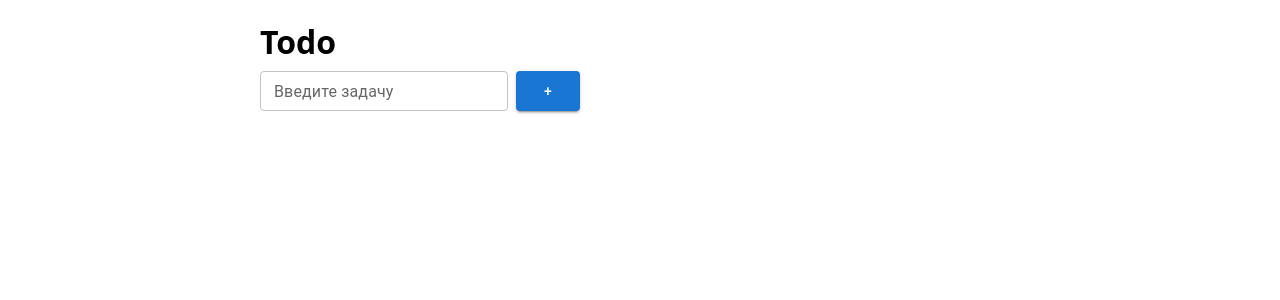
Repository: Burnmyheart/todo-app
Page: /
The author's editor kept a copy of each file at every save. The page is drawn from the files as they stood at one save, then again after a run of saves.
The browser window is 1280 px wide. The pictures show the whole page.
The project was rebuilt for these pictures with package versions that can differ from the ones it lists, and the page was loaded fresh each time. Also part of the build but not shown: vite.config.ts, src/components/TodoItem/TodoItem.tsx, src/components/TodoList/TodoList.tsx.

Above is the page before, as saved 2025-09-20 02:09:15.

### src/index.css
/* Сброс браузерных стилей */
* {
  margin: 0;
  padding: 0;
  box-sizing: border-box;
}

html, body, #root {
  width: 100%;
  height: 100%;
  font-family: system-ui, -apple-system, BlinkMacSystemFont, "Segoe UI", Roboto, Helvetica, Arial, sans-serif;
  background-color: #fff;
  color: #000;
}


a {
  color: inherit;
  text-decoration: none;
}


button {
  font-family: inherit;
  font-size: 1rem;
  cursor: pointer;
  border: none;
  background: none;
}


h1, h2, h3, h4, h5, h6 {
  font-weight: 600;
}

### src/App.tsx
import React, { useState, useEffect } from "react";
import AddTodo from "./components/AddTodo/AddTodo";
import TodoList from "./components/TodoList/TodoList";
import { saveGroups, loadGroups } from "./utils/localStorage";
import type { TodoGroup } from "./types";

const App: React.FC = () => {
  const [groups, setGroups] = useState<TodoGroup[]>([]);

  useEffect(() => {
    setGroups(loadGroups());
  }, []);

  useEffect(() => {
    saveGroups(groups);
  }, [groups]);

  const addGroup = (title: string) => {
    const newGroup: TodoGroup = {
      id: Date.now(),
      title,
      tasks: [],
      createdAt: new Date(),
    };
    setGroups((prev) => [...prev, newGroup]);
  };

  const updateGroup = (updated: TodoGroup) => {
    setGroups((prev) =>
      prev.map((group) => (group.id === updated.id ? updated : group))
    );
  };

  return (
    <div style={{ padding: "20px", maxWidth: "800px", margin: "0 auto" }}>
      <h1>Todo</h1>
      <AddTodo onAdd={addGroup} />
      {groups.map((group) => (
        <TodoList key={group.id} group={group} onUpdateGroup={updateGroup} />
      ))}
    </div>
  );
};

export default App;

### src/components/AddTodo/AddTodo.tsx
import React, { useState } from "react";
import { TextField, Button, Stack } from "@mui/material";

interface AddTodoProps {
  onAdd: (text: string) => void;
  placeholder?: string;
}

const AddTodo: React.FC<AddTodoProps> = ({ onAdd, placeholder }) => {
  const [value, setValue] = useState("");
  const [error, setError] = useState(false);

  const handleAdd = () => {
    if (!value.trim()) {
      setError(true);
      return;
    }
    onAdd(value);
    setValue("");
    setError(false);
  };

  return (
    <Stack direction="row" spacing={1} sx={{ mt: 1, mb: 1 }}>
      <TextField
        value={value}
        onChange={(e) => {
          setValue(e.target.value);
          setError(false);
        }}
        size="small"
        label={placeholder || "Введите задачу"}
        error={error}
        helperText={error ? "Поле не может быть пустым" : ""}
      />
      <Button variant="contained" onClick={handleAdd}>
        +
      </Button>
    </Stack>
  );
};

export default AddTodo;

### src/utils/localStorage.tsx
import type { TodoGroup } from "../types";

const GROUPS_KEY = "todoGroups";

export const saveGroups = (groups: TodoGroup[]) => {
  localStorage.setItem(GROUPS_KEY, JSON.stringify(groups));
};

export const loadGroups = (): TodoGroup[] => {
  const data = localStorage.getItem(GROUPS_KEY);
  return data ? JSON.parse(data) : [];
};

Loaded but not shown: index.html (common file); src/main.tsx (common file)

After the next 4 saves:
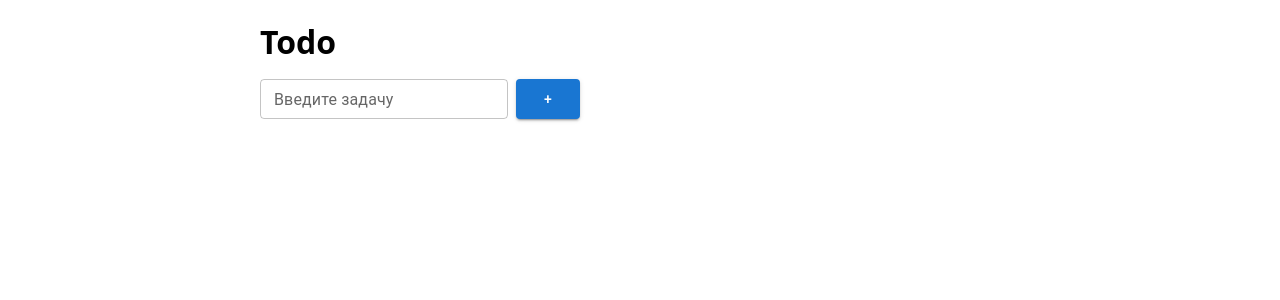
The 4 saves are shown as one change because they came seconds apart.
The last was saved 51 s later.
--- a/src/components/AddTodo/AddTodo.tsx
+++ b/src/components/AddTodo/AddTodo.tsx
@@ -21,7 +21,7 @@
   };
 
   return (
-    <Stack direction="row" spacing={1} sx={{ mt: 1, mb: 1 }}>
+    <Stack direction="row" spacing={1} sx={{ mt: 2, mb: 2 }}>
       <TextField
         value={value}
         onChange={(e) => {

After the save that followed:
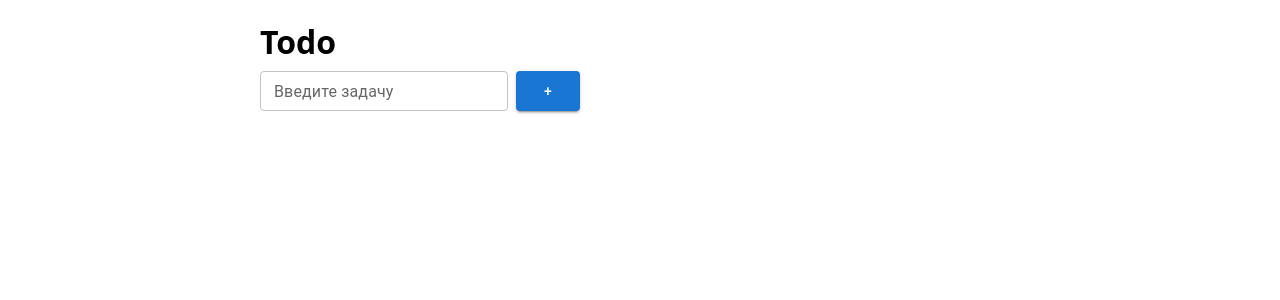
Saved 11 s later.
--- a/src/components/AddTodo/AddTodo.tsx
+++ b/src/components/AddTodo/AddTodo.tsx
@@ -21,7 +21,7 @@
   };
 
   return (
-    <Stack direction="row" spacing={1} sx={{ mt: 2, mb: 2 }}>
+    <Stack direction="row" spacing={1} sx={{ mt: 1, mb: 1 }}>
       <TextField
         value={value}
         onChange={(e) => {
